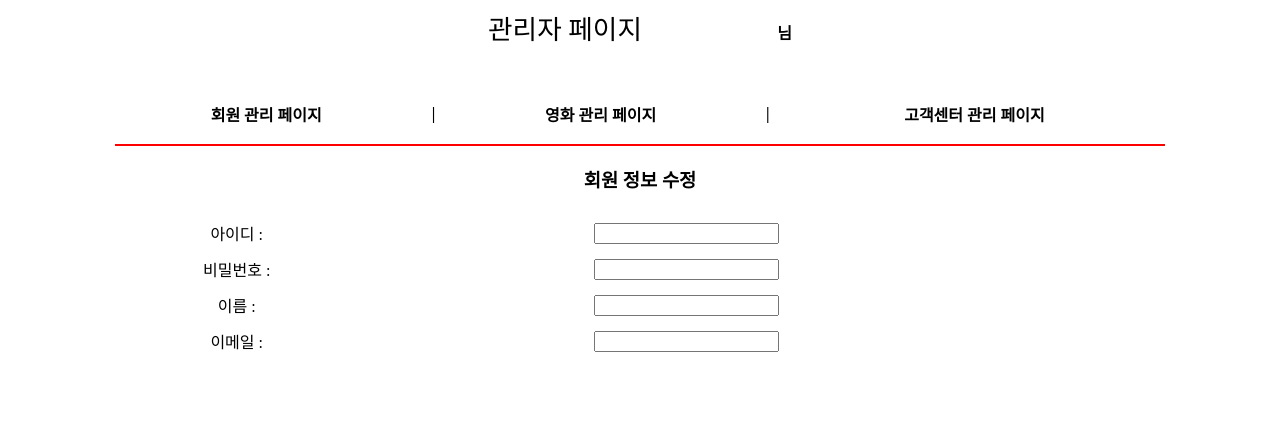
Repository: Tah282/movieSite
Page: http://localhost/CGV_project/WEB-INF/views/manager/memberModifyForm.jsp
An editor plug-in stored every save of this project. The page is shown before and after the next save, followed by the edit.
The browser window is 1280 px wide. The pictures show the whole page.
The page is served by Tomcat 9. Nobody is signed in. Other server files are loaded and not shown. The template is opened directly, without the code that normally fills it, so the values that code supplies are empty.

Above is the page before, as saved 2024-01-03 08:34:45.

### CGV_project/src/main/webapp/WEB-INF/views/manager/memberModifyForm.jsp
<%@ page language="java" contentType="text/html; charset=UTF-8"
    pageEncoding="UTF-8"%>
<%@ taglib prefix="c" uri="http://java.sun.com/jsp/jstl/core" %>
<c:set var="contextPath" value="${pageContext.request.contextPath}"/>

<!DOCTYPE html>
<html>
<head>
<meta charset="UTF-8">
<title>Insert title here</title>
	<link rel="stylesheet" type="text/css" href="${contextPath}/resources/css/style.css" />
</head>
<body>

	<jsp:include page="managerNav.jsp" />

	<div class="modifyDiv">
		<h3> 회원 정보 수정 </h3>
		<form action="${contextPath}/manager/memberModifyPro.do" method="post">
			<table class="modifyTBL">
				<tr>
					<td>아이디 : </td> <td><input type="text" name="id" value="${member.id}"></td>
				</tr>
				<tr>
					<td>비밀번호 : </td> <td><input type="text" name="pw" value="${member.pw}"></td>
				</tr>
				<tr>
					<td>이름 : </td> <td><input type="text" name="name" value="${member.name}"></td>
				</tr>
				<tr>
					<td>이메일 : </td> <td><input type="text" name="email" value="${member.email}"></td>
				</tr>
			</table>
		</form>
	</div>
</body>
</html>

### CGV_project/src/main/webapp/WEB-INF/views/manager/managerNav.jsp
<%@ page language="java" contentType="text/html; charset=UTF-8"
    pageEncoding="UTF-8"%>
<%@ taglib uri="http://java.sun.com/jsp/jstl/core" prefix="c" %>
<c:set var="contextPath" value="${pageContext.request.contextPath}" />

<div class="managerNav">

	<span class="managerTitle">관리자 페이지</span> <span class="managerName">&nbsp ${manager.name }님</span><br><br><br>

	<table id="managerHeader">
		<tr>
			<td class="menu"><a href="${contextPath}/manager/memberManagement.do">회원 관리 페이지</a></td>
			<td class="menu-space"> | </td>
			<td class="menu">영화 관리 페이지</td>
			<td class="menu-space"> | </td>
			<td class="menu">고객센터 관리 페이지</td>
		</tr>
	</table>
</div>

### CGV_project/src/main/webapp/resources/css/style.css
@charset "UTF-8";

.center {
	margin: 0 auto;
	display: table;
}

/* ============== nav.jsp ===============  */
table, tr, td {
    /* border: 1px solid #333333; */
    border-collapse: collapse;
    border:none;
}

a {
	text-decoration: none;
	color: inherit;
}

#headerTable1 {
    width: 1050px;
    height: 37px;
    margin: 0 auto;
    text-align: center;
    font-size: 13px;
}
.header1-space {
    width: 850px;
    margin: 0 auto;
    text-align: center;
}
.header1-menu {
    width: 100px;
    cursor: pointer;
}
.logo {
    cursor: pointer;
    height: 140px;
    width: 140px;
}
.loginLogo {
    cursor: pointer;
    height: 60px;
    width: 100px;
}
.logoutLogo {
    cursor: pointer;
    height: 60px;
    width: 100px;
}
.registerLogo {
    cursor: pointer;
    height: 60px;
    width: 90px;
}
.myinfoLogo {
    cursor: pointer;
    height: 60px;
    width: 60px;
}
.callcenterLogo {
    cursor: pointer;
    height: 60px;
    width: 60px;
}
.header1-text {
    width:350px;
    font-size:15px;
}

/* header2 */
#headerTable2 {
    width: 1050px;
    height: 63px;
    margin: 0 auto;
    text-align: center;
    font-weight:bolder;
    border-bottom: 2px solid red;
}
.header2-menu{
    cursor: pointer;

}
.header2-space{
    width : 100px;
}
.searchLogo {
    width: 20px;
    height: 16px;
    cursor: pointer;
}

/* advertBlock */
#advertDiv {
    background: #353535;
    height:450px;
}
#advertTable{
    width: 1050px;
    height: 63px;
    margin: 0 auto;
    text-align: center;
}

/* ==================== banner.jsp ======================== */
/* Slideshow container */
.slideshow-container {
  max-width: 100%;
  position: relative;
  margin: auto;
/*   margin-top: 0; */
  text-align: center;
  background: #353535;
}

.bannerImg {
	width: 1050px;
    height: 449px;
}

/* effect */
.fade {
  -webkit-animation-name: fade;
  -webkit-animation-duration: 1.5s;
  animation-name: fade;
  animation-duration: 1.5s;
}

@-webkit-keyframes fade {
  from {opacity: .4}
  to {opacity: 1}
}

@keyframes fade {
  from {opacity: .4}
  to {opacity: 1}
}

/* Next & previous buttons */
.prev  {
  cursor: pointer;
  position: absolute;
  top: 32%;
  left: 10px;
  width: 500px;
  padding: 16px;
  margin-top: -22px;
  color: dimgray;

  font-size: 120px;
  transition: 0.6s ease;
  border-radius: 0 3px 3px 0;
}

.next  {
  cursor: pointer;
  position: absolute;
  top: 32%;
  right: 10px;
  width: 500px;
  padding: 16px;
  margin-top: -22px;
  color: dimgray;

  font-size: 120px;
  transition: 0.6s ease;
  border-radius: 0 3px 3px 0;
}

/* Position the "next button" to the right */
.next {
  right: 0;
  border-radius: 3px 0 0 3px;
}

/*============ loginForm ===================*/
#loginTable {
    margin: 0 auto;
}
.login-header {
    color: #ff5232;
    font-size: 20px;
    font-weight: bold;
    text-align: center;
    height: 100px;
}
.login-id {
    width: 340px;
    height: 54px;
    padding: 0px 11px 1px 15px;
    border-style: none;
    border: 1px solid #B5B5B5;
    border-radius: 5px;
    margin: 5px 0;
}
.login-pw {
    width: 340px;
    height: 54px;
    padding: 0px 11px 1px 15px;
    border-style: none;
    border: 1px solid #B5B5B5;
    border-radius: 5px;
    margin: 5px 0;
}

.login-sub {
    font-size: 13px;
    color: #b54427;
    text-align: right;
    padding-bottom: 20px;
}
.login-td {
    text-align: center;
    height: 60px;
}
.login-btn {
    border-style: none;
    width: 370px;
    height: 54px;
    color: #FFFFFF;
    font-size: 16px;
    background-color: #ff4500;
    border-radius: 5px;
    font-weight: bold;
    cursor: pointer;
}
.join-btn {
    border-style: none;
    width: 370px;
    height: 54px;
    color: #b54427;
    font-size: 16px;
    background-color: #FFFFFF;
    border: 1px solid #b54427;
    border-radius: 5px;
    font-weight: bold;
    cursor: pointer;
}
/* ============= 회원가입 ========================== */
.join-title{
	margin: 0 auto;
	text-align: center;
	border:none;
}
.joinTable{
	margin: 0 auto;
}
.join-id{
	width: 340px;
    height: 54px;
    padding: 0px 11px 1px 15px;
    border:none;
    border-style: none;
    border: 1px solid #B5B5B5;
    border-radius: 5px;
    margin: 5px 0;
}
.join-pw{
	width: 340px;
    height: 54px;
    padding: 0px 11px 1px 15px;
    border-style: none;
    border: 1px solid #B5B5B5;
    border-radius: 5px;
    margin: 5px 0;
}
.join-pwCheck{
	width: 340px;
    height: 54px;
    padding: 0px 11px 1px 15px;
    border-style: none;
    border: 1px solid #B5B5B5;
    border-radius: 5px;
    margin: 5px 0;
}
.join-name{
	width: 340px;
    height: 54px;
    padding: 0px 11px 1px 15px;
    border-style: none;
    border: 1px solid #B5B5B5;
    border-radius: 5px;
    margin: 5px 0;
}
.join-email{
	width: 340px;
    height: 54px;
    padding: 0px 11px 1px 15px;
    border-style: none;
    border: 1px solid #B5B5B5;
    border-radius: 5px;
    margin: 5px 0;
}

/* ============= 영화 리스트 ========================*/
/* movieList */
#listDiv{
    background: #e9e9e9;
    height:450px;
    max-width: 100%;
}
#listTable{
    width: 1050px;
    height: 63px;
    margin: 0 auto;
    text-align: center;
    border-collapse: separate;
    border-spacing: 10px 10px;
}
#listTable td{
    width: 210px;
}
.chartspace1{
    height:30px;
}
.chartspace2{
    height:7px;
}
.listspace{
    width:200px;
}

#chartList{
    text-align:center;
    width:100px;
    font-size: 30px;
    font-weight:bolder;
    cursor: pointer;
}
#openList{
    text-align:right;
    width:130px;
    font-size: 30px;
    font-weight:bolder;
    cursor: pointer;
    /*color:Gray;*/
}
#allList{
    text-align:right;
    font-size: 20px;
    font-weight:bolder;
    cursor: pointer;
}
.chart-img{
	width: 150px;
  	height: 240px;
  	object-fit: cover;
}
.rating-img{
	width: 18px;
  	height: 18px;
  	object-fit: cover;
}
.chartMovieName{
	font-weight:bolder;
	text-overflow: ellipsis;
	white-space: nowrap;
	overflow: hidden;
	width: 198px;
	align:center;
}
.chartMovieInfo{
	text-align:center;
}

/* ====================== 영화 상세 정보 =========================*/

.movieInfo{
	margin: 0 auto;
	display: table;
}

.movieInfoTable{
	width: 1050px;
    height: 290px;
    margin: 0 auto;
}

.InfoImg_td{
	text-align : center;
	width: 400px;
}

.Info-img{
	width: 180px;
	height: 290px;
}

.InfoTitle{
	font-weight: bold;
	font-size: 25px;
}

.InfoData{
	line-height:24px;
}

.Ticketing-btn{
	border-style: none;
    width: 280px;
    height: 54px;
    color: #FFFFFF;
    font-size: 16px;
    background-color: #ff4500;
    border-radius: 5px;
    font-weight: bold;
    cursor: pointer;
}

/* ============== movieTotalList ==================*/
#totalListDiv{
	max-width: 100%;
}
#titleTable{
	width: 1050px;
    height: 150px;
    margin: 0 auto;
}
#totalTable{
	width: 1050px;
    height: 63px;
    margin: 0 auto;
    text-align: center;
    border-collapse: separate;
    border-spacing: 50px 10px;
}
#chartTotal{
	text-align:right;
	font-size: 12px;
}
#openTotal{
	text-align:center;
	font-size: 12px;
}
.tagNum{
	color:white;
    font-size:17px;
    font-weight:bolder;
    background-color:red;
    height:27px;
    width:200px;
}
.listImg{
	width:200px;
    height: 250px;
}
.img-td{
	width:200px;
    height: 250px;
}
.img-name{
	font-weight:bolder;
	overflow: hidden;
  	white-space: nowrap;
 	text-overflow: ellipsis;
 	word-break: break-all;
 	width:200px;
}

/* ============= 고객센터 =====================*/
.board-center{
	margin: 0 auto;
	display: table;
	text-align: center;
}
.board-title{
	width:700px;
}
.boardTitle{
	text-align:center;
}
.board-td{
	text-align:right;
}
.board-content{
	border-top: 1px solid black;
	border-bottom: 1px solid black;
	margin: 0 auto;
	text-align: center;
	width:700px;

}
.board-content2{
	border-bottom: 1px solid black;
	margin: 0 auto;
	text-align: center;
	background-color: #e9e9e9;
	height: 35px;
	font-weight:bolder;
}
.board-content3{
	padding: 10px 0;
}

/* 고객센터 글 조회 */
.boardInfo-table{
	margin: 0 auto;
	display: table;
	text-align: center;
	width:700px;
}
.boardInfo-title{
	border-top: 1px solid black;
	margin: 0 auto;
	text-align: center;
	background-color: #e9e9e9;
	height: 35px;
	font-weight:bolder;
}
.boardInfo-data{
	border-top: 1px solid black;
	margin: 0 auto;
	text-align: right;
	background-color: #e9e9e9;
	height: 35px;
	font-size:12px;
}
.boardInfo-writer{
	text-align: right;
}
.boardInfo-content{
	text-align: left;
}
.boardInfo-space{
	height:30px;
}
.boardInfo-space2{
	height:21px;
	border-bottom: 1px solid black;
}

/* ============= ticketingForm =============== */
.ticketingList{
	background-color: gray;
    width: 1000px;
    height: 350px;
    margin: 0 auto; /* container 영역을 브라우저에서 가운데 정렬하기 위해 auto설정 */
    text-align: center; /* inline-block화 된 div들을 텍스트 마냥 center로 정렬*/
	overflow: scroll;
	overflow: auto;
	white-space: nowrap;
}

.movieDiv{
	display: inline-block; /* 가로로 나열하기 위해 block레벨 요소를 inline-block레벨로 전환 */
    width: 200px; /* 영역 크기 지정 안해주면 inline 레벨처럼 내용물 만큼만 차지하기 때문에 크기 지정 */
    height: 200px; /* 영역 크기 지정 안해주면 inline 레벨처럼 내용물 만큼만 차지하기 때문에 크기 지정 */

}

.ticketingFormTitle{
	font-family: 'Black Han Sans', serif;
	font-size: 40px;
}

.w-btn {
    position: relative;
    border: none;
    display: inline-block;
    padding: 15px 30px;
    border-radius: 15px;
    font-family: "paybooc-Light", sans-serif;
    box-shadow: 0 15px 35px rgba(0, 0, 0, 0.2);
    text-decoration: none;
    font-weight: 600;
    transition: 0.25s;
    background-color: #77af9c;
    color: #d7fff1;
    cursor: pointer;
}
.ticketingBtnTd{
	text-align: right;
}

/* ======================= ticketingTheaterForm ============================= */
.ticketingTheater{
	width: 1000px;
    height: 150px;
}
.ticketingTable{
	width: 1000px;
	border-bottom: solid 1px black;
	border-top: solid 1px black;
}
.regionTitle{
	border-bottom: solid 1px black;
	border-top: solid 1px black;
	background-color: #EBAA5F;
	height: 50px;
	font-weight:bolder;
	font-size: 20px;
	cursor: pointer;
}
.region{
	width: 250px;
	text-align: center;
}
.side{
	color:#8B5927;
}
.regionInfo{
	height: 100px;
	font-size: 20px;
}

.seoul, .paju, .daegu, .busan {
	width: 230px;
	cursor: pointer;
	text-align: center;
}

/* ======================= ticketingDateForm ============================= */
.dateDiv{
	margin: 0 auto;
	display: table;
	text-align: center;
}
.dateTable{
	width: 700px;
	height:300px;
	text-align: center;
}
.day{
	color:#c8c8c8;
}

/* ============================ ticketingSeatForm =========================== */
.seatSpace{
	width: 70px;
}
.screeanImg{
	height: 150px;
	width: 400px;
}
.WhiteSpace{
	height: 50px;
}
#seatTable{
	width: 700px;
	height:300px;
	text-align: center;
	border-spacing: 15px;
    border-collapse: separate;
}
.seatNum{
	border: solid 1px black;
	width: 50px;
}
.seatNumX{
	border: solid 1px black;
}

/* ================================= myForm =========================================*/
.myFormName{
	width: 1050px;
	height:500px;
	background: #e9e9e9;
	margin: 0 auto;
}
.myForm{
	margin: 0 auto;
	width: 700px;
	height:300px;
	border-collapse: separate;
	border-radius: 10px;
	border-spacing: 20px;
}
.myFormInfo{
	width: 150px;
    height: 200px;
    font-size: 20px;
    font-weight: bold;
    cursor: pointer;
    border: solid 1px black;
    border-radius: 15px;
 	text-align: center;
}
.myFormName{
	font-size: 30px;
}

/* ================================== myWriteList ====================================== */
.titleDiv{
	width: 1050px;
	height:100px;
	background: #e9e9e9;
	margin: 0 auto;
	text-align: left;
}
.myWriteTable{
	border-top: 1px solid black;
	border-bottom: 1px solid black;
	margin: 0 auto;
	text-align: center;
	width:1050px;
}

.updateTable{
	width: 550px;
}

.upSpace{
	height:25px;
}

/* ================================== myWriteList ======================================== */
.ticketing-center{
	margin: 0 auto;
	display: table;
	text-align: center;
}

.myTicketingTable{
	border-top: 1px solid black;
	border-bottom: 1px solid black;
	margin: 0 auto;
	text-align: center;
	width:1050px;
}
.ticketing-content2{
	border-bottom: 1px solid black;
	margin: 0 auto;
	text-align: center;
	background-color: #e9e9e9;
	height: 35px;
	font-weight:bolder;
}
.ticketing-content3{
	padding: 10px 0;
}

/* ====================================== managerNav ====================================== */
.managerNav{
	display: table;
	width: 1050px;
	margin: 0 auto;
    text-align: center;
}

.managerTitle{
	font-size: 20pt;
}
.managerName{
	display:inline-block;
	width: 150px;
	text-align: right;
	font-weight:bolder;
}

#managerHeader{
	width: 1050px;
    height: 63px;
    margin: 0 auto;
    text-align: center;
    font-weight:bolder;
    border-bottom: 2px solid red;
}

.menu{
	cursor: pointer;
}

.menu-space{
	width : 30px;
}

/* ================================= memberManagement =================================== */
.memberManagement{
	margin: 0 auto;
    display: table;
}
.memberTitle{
	text-align: center;
	width: 900px;
}

.memberManagementTBL{
	width: 900px;
	border-collapse: separate;
 	border-spacing: 0 10px;
}

/* ================================   ==================================*/
.modifyDiv{
	display: table;
	width: 1050px;
	margin: 0 auto;
    text-align: center;
}
.modifyTBL{
	width: 900px;
	border-collapse: separate;
 	border-spacing: 0 10px;
}

After the next save:
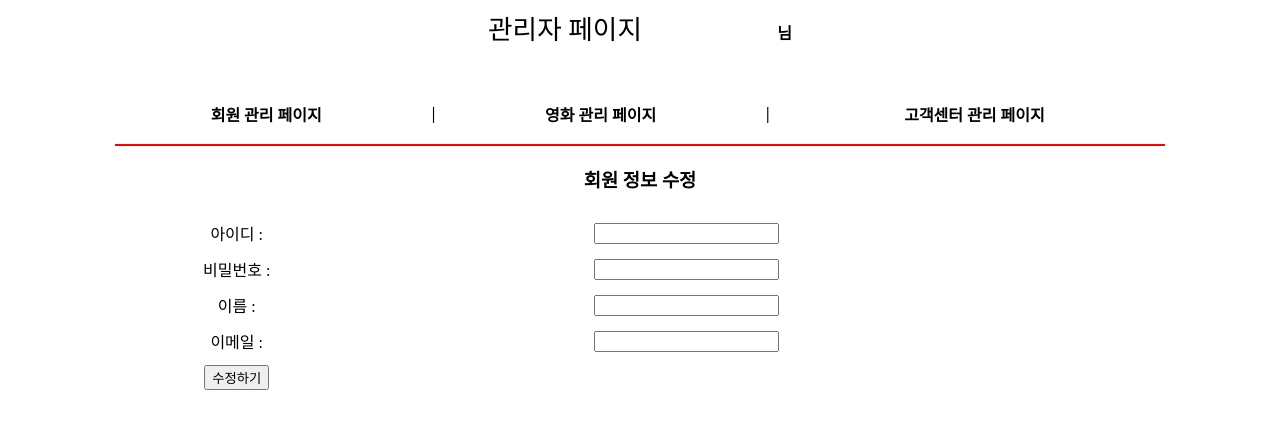
Saved 82 s later.
--- a/CGV_project/src/main/webapp/WEB-INF/views/manager/memberModifyForm.jsp
+++ b/CGV_project/src/main/webapp/WEB-INF/views/manager/memberModifyForm.jsp
@@ -30,6 +30,9 @@
 				<tr>
 					<td>이메일 : </td> <td><input type="text" name="email" value="${member.email}"></td>
 				</tr>
+				<tr>
+					<td><input type="submit" value="수정하기"></td>
+				</tr>
 			</table>
 		</form>
 	</div>
